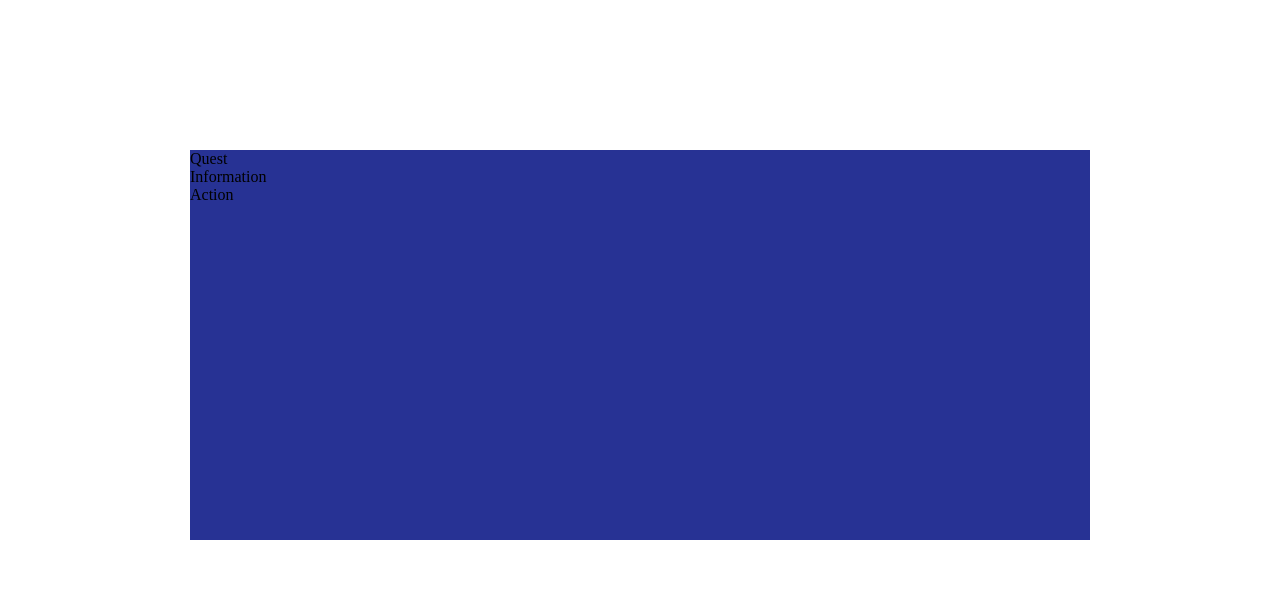
Repository: rahulnag7963/UBCHacks4.0
Page: /
The author's editor kept a copy of each file at every save. The page is drawn from the files as they stood at one save, then again after the next save.
The browser window is 1280 px wide. The pictures show the whole page.
The project was rebuilt for these pictures with package versions that can differ from the ones it lists, and the page was loaded fresh each time.

Above is the page before, as saved 2022-11-26 02:40:42.

After the next save:
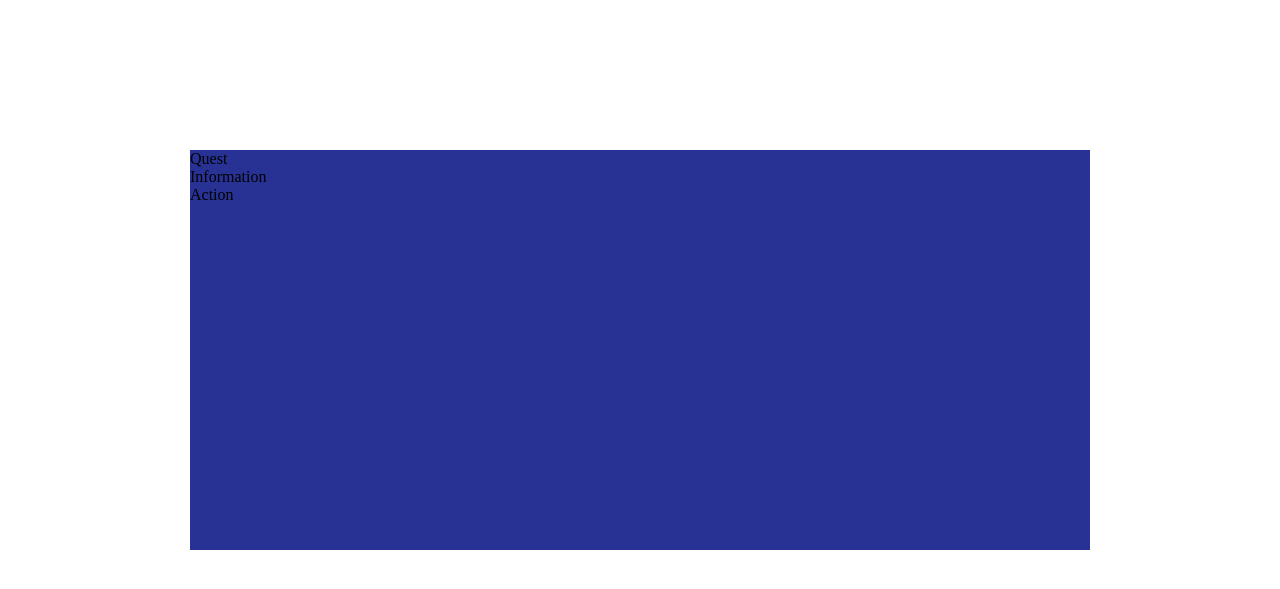
Saved 15 s later.
--- a/src/app.css
+++ b/src/app.css
@@ -1,5 +1,5 @@
 .app {
-    height: 390px;
+    height: 400px;
     width: 900px;
     background-color: rgb(39, 50, 148);
     margin-left: auto;
